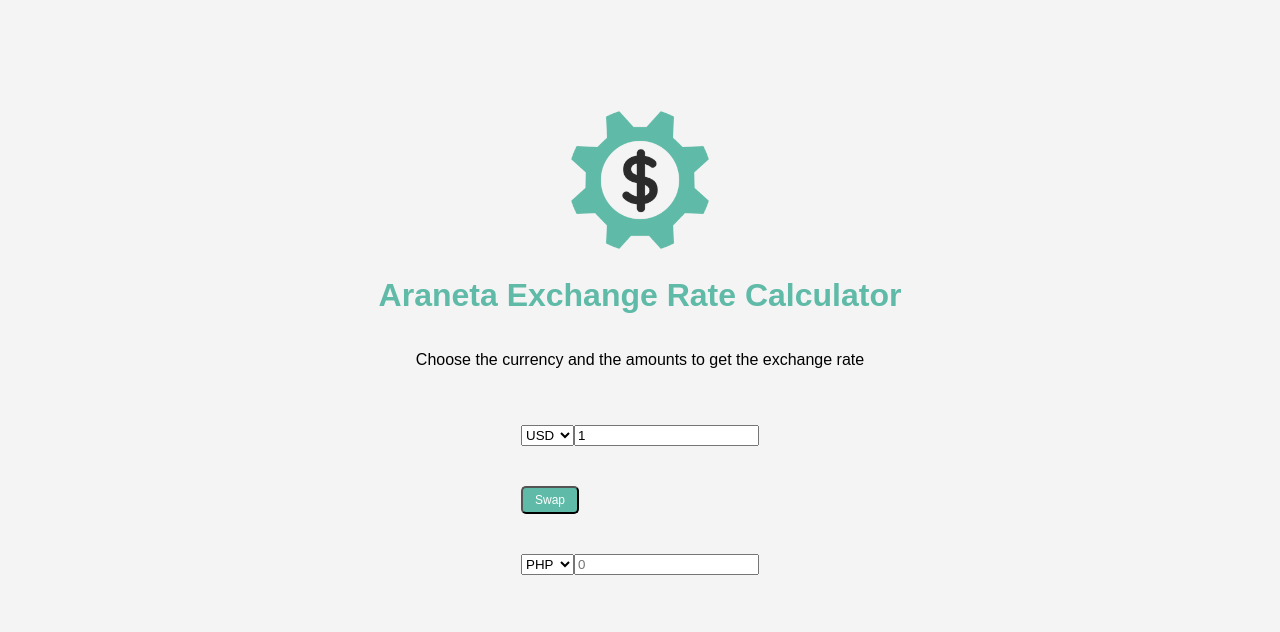
Repository: kenneth1175/ExchangeRateCalculator
Page: index.html
The author's editor kept a copy of each file at every save. The page is drawn from the files as they stood at one save, then again after the next save.
The browser window is 1280 px wide. The pictures show the whole page.

Above is the page before, as saved 2025-10-03 22:55:39.

### index.html
<!DOCTYPE html>
<html lang="en">
  <head>
    <meta charset="UTF-8" />
    <meta name="viewport" content="width=device-width, initial-scale=1.0" />
    <title>Araneta Exchange Rate Calculator</title>
    <link rel="stylesheet" href="style.css" />
  </head>
  <body>
    <img src="./img/money.png" alt="logo" class="money-img" />
    <h1>Araneta Exchange Rate Calculator</h1>
    <p>Choose the currency and the amounts to get the exchange rate</p>

    <div class="container">
      <div class="currency">
        <select id="currency-one">
          <option value="AED">AED</option>
          <option value="ARS">ARS</option>
          <option value="AUD">AUD</option>
          <option value="BGN">BGN</option>
          <option value="BRL">BRL</option>
          <option value="BSD">BSD</option>
          <option value="CAD">CAD</option>
          <option value="CHF">CHF</option>
          <option value="CLP">CLP</option>
          <option value="CNY">CNY</option>
          <option value="COP">COP</option>
          <option value="CZK">CZK</option>
          <option value="DKK">DKK</option>
          <option value="DOP">DOP</option>
          <option value="EGP">EGP</option>
          <option value="EUR">EUR</option>
          <option value="FJD">FJD</option>
          <option value="GBP">GBP</option>
          <option value="GTQ">GTQ</option>
          <option value="HKD">HKD</option>
          <option value="HRK">HRK</option>
          <option value="HUF">HUF</option>
          <option value="IDR">IDR</option>
          <option value="ILS">ILS</option>
          <option value="INR">INR</option>
          <option value="ISK">ISK</option>
          <option value="JPY">JPY</option>
          <option value="KRW">KRW</option>
          <option value="KZT">KZT</option>
          <option value="MXN">MXN</option>
          <option value="MYR">MYR</option>
          <option value="NOK">NOK</option>
          <option value="NZD">NZD</option>
          <option value="PAB">PAB</option>
          <option value="PEN">PEN</option>
          <option value="PHP">PHP</option>
          <option value="PKR">PKR</option>
          <option value="PLN">PLN</option>
          <option value="PYG">PYG</option>
          <option value="RON">RON</option>
          <option value="RUB">RUB</option>
          <option value="SAR">SAR</option>
          <option value="SEK">SEK</option>
          <option value="SGD">SGD</option>
          <option value="THB">THB</option>
          <option value="TRY">TRY</option>
          <option value="TWD">TWD</option>
          <option value="UAH">UAH</option>
          <option value="USD" selected>USD</option>
          <option value="UYU">UYU</option>
          <option value="VND">VND</option>
          <option value="ZAR">ZAR</option>
        </select>
        <input type="number" id="amount-one" placeholder="0" value="1" />
      </div>

      <div class="swap-rate-container">
        <button class="btn" id="rate">Swap</button>
        <div class="rate" id="rate"></div>
      </div>

      <div class="currency">
        <select id="currency-two">
          <option value="AED">AED</option>
          <option value="ARS">ARS</option>
          <option value="AUD">AUD</option>
          <option value="BGN">BGN</option>
          <option value="BRL">BRL</option>
          <option value="BSD">BSD</option>
          <option value="CAD">CAD</option>
          <option value="CHF">CHF</option>
          <option value="CLP">CLP</option>
          <option value="CNY">CNY</option>
          <option value="COP">COP</option>
          <option value="CZK">CZK</option>
          <option value="DKK">DKK</option>
          <option value="DOP">DOP</option>
          <option value="EGP">EGP</option>
          <option value="EUR">EUR</option>
          <option value="FJD">FJD</option>
          <option value="GBP">GBP</option>
          <option value="GTQ">GTQ</option>
          <option value="HKD">HKD</option>
          <option value="HRK">HRK</option>
          <option value="HUF">HUF</option>
          <option value="IDR">IDR</option>
          <option value="ILS">ILS</option>
          <option value="INR">INR</option>
          <option value="ISK">ISK</option>
          <option value="JPY">JPY</option>
          <option value="KRW">KRW</option>
          <option value="KZT">KZT</option>
          <option value="MXN">MXN</option>
          <option value="MYR">MYR</option>
          <option value="NOK">NOK</option>
          <option value="NZD">NZD</option>
          <option value="PAB">PAB</option>
          <option value="PEN">PEN</option>
          <option value="PHP" selected>PHP</option>
          <option value="PKR">PKR</option>
          <option value="PLN">PLN</option>
          <option value="PYG">PYG</option>
          <option value="RON">RON</option>
          <option value="RUB">RUB</option>
          <option value="SAR">SAR</option>
          <option value="SEK">SEK</option>
          <option value="SGD">SGD</option>
          <option value="THB">THB</option>
          <option value="TRY">TRY</option>
          <option value="TWD">TWD</option>
          <option value="UAH">UAH</option>
          <option value="USD">USD</option>
          <option value="UYU">UYU</option>
          <option value="VND">VND</option>
          <option value="ZAR">ZAR</option>
        </select>
        <input type="number" id="amount-two" placeholder="0" />
      </div>
    </div>
    <script src="script.js"></script>
  </body>
</html>

### style.css
:root {
  --primary-color: #5fbaa7;
}

* {
  box-sizing: border-box;
}

body {
  background-color: #f4f4f4;
  font-family: Arial, Helvetica, sans-serif;
  display: flex;
  flex-direction: column;
  align-items: center;
  justify-content: center;
  height: 100vh;
  margin: 0;
  padding: 20px;
}

h1 {
  color: var(--primary-color);
}

p {
  text-align: center;
}

.btn {
  color: #fff;
  background: var(--primary-color);
  cursor: pointer;
  border-radius: 5px;
  font-size: 12px;
  padding: 5px 12px;
}

.money-img {
  width: 150px;
}

.currency {
  padding: 40px 0;
  display: flex;
}

Loaded but not shown: script.js (no stored copy; drawn as an empty file)

After the next save:
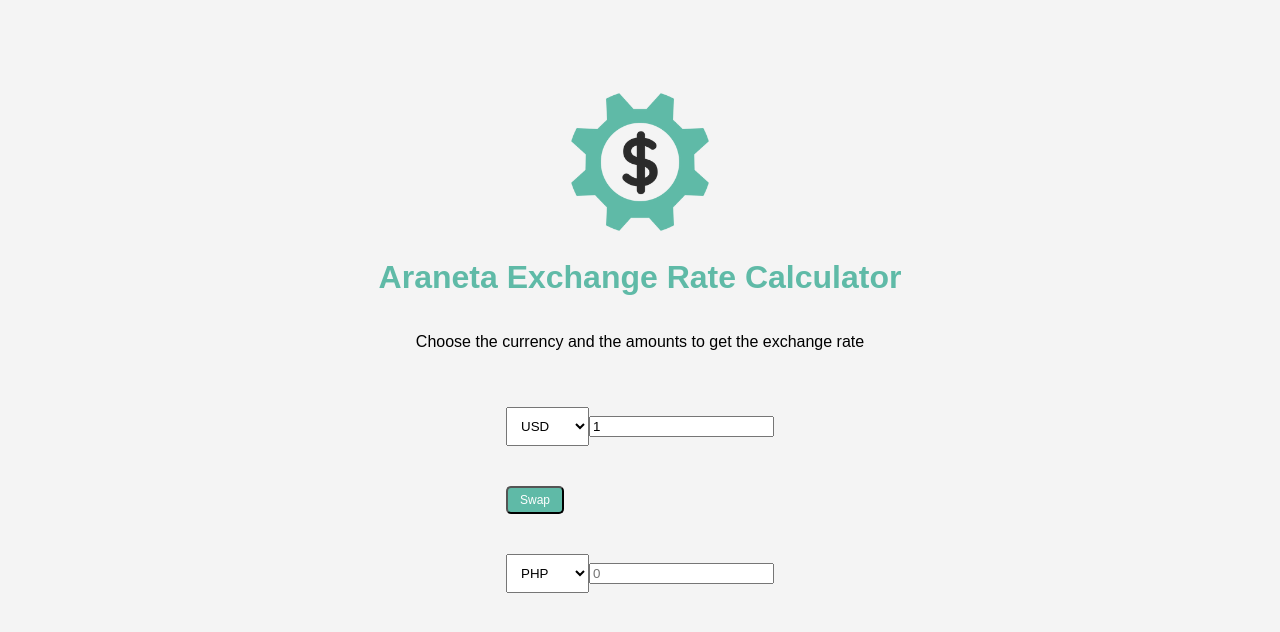
Saved 2 min 25 s later.
--- a/style.css
+++ b/style.css
@@ -42,4 +42,11 @@ p {
 .currency {
   padding: 40px 0;
   display: flex;
+  align-items: center;
+  justify-content: space-between;
 }
+
+.currency select {
+  padding: 10px 20px 10px 10px;
+  -moz-appearance: none;
+}
